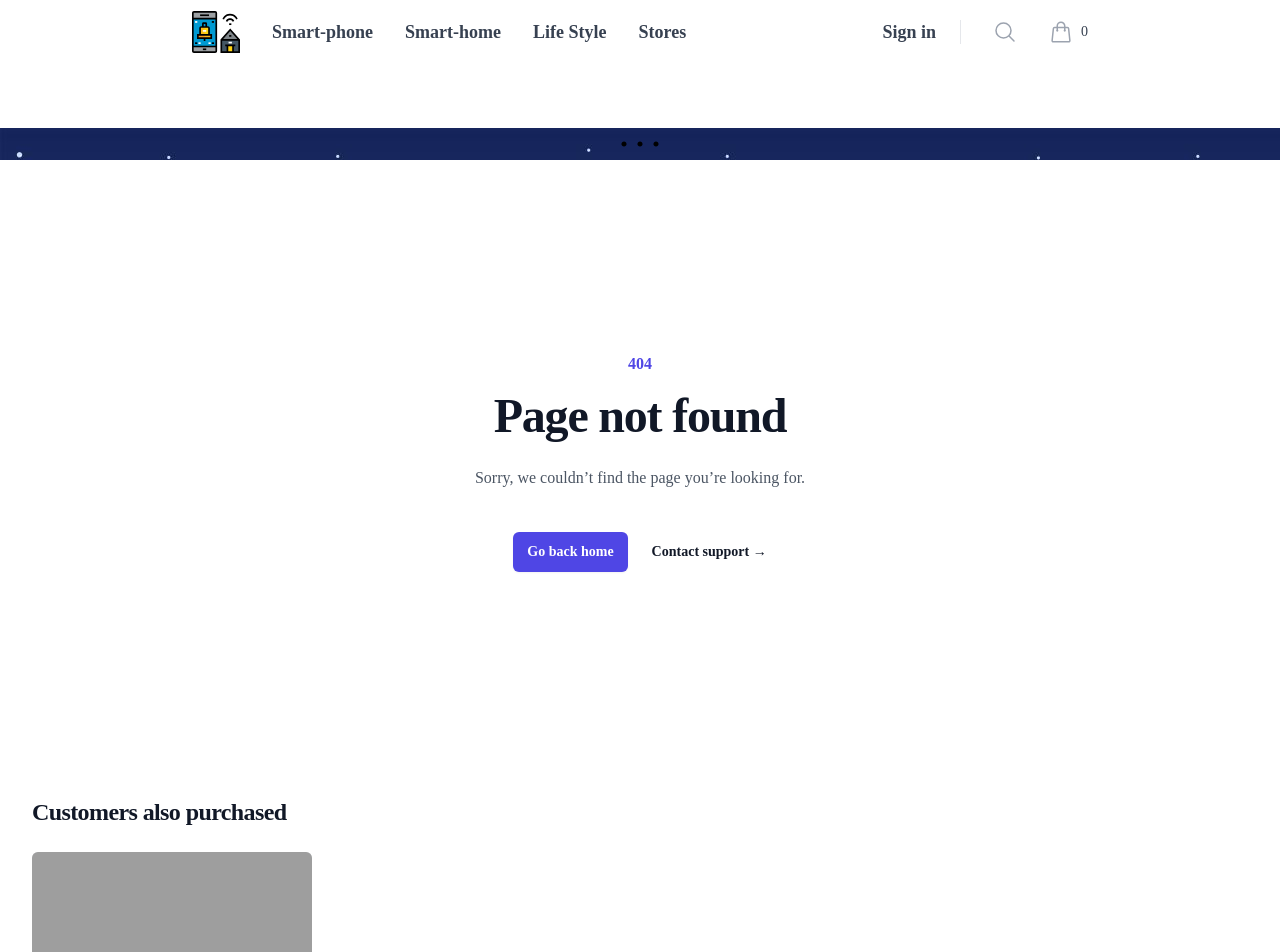
Repository: Gunplay/Smart-Home
Page: /
These files come from the project's save history. The page is drawn as it stood at one moment and after the next save; the edit follows.
The browser window is 1280 px wide. The pictures show the part of the page from y = 0 to 952 px (the page is 1944 px tall).
Pictures or frames that could not be fetched are drawn as grey boxes. The project was rebuilt for these pictures with package versions that can differ from the ones it lists, and the page was loaded fresh each time. Also part of the build but not shown: vite.config.js, vite.config.ts.

Above is the page before, as saved 2024-06-25 13:03:51.

After the next save:
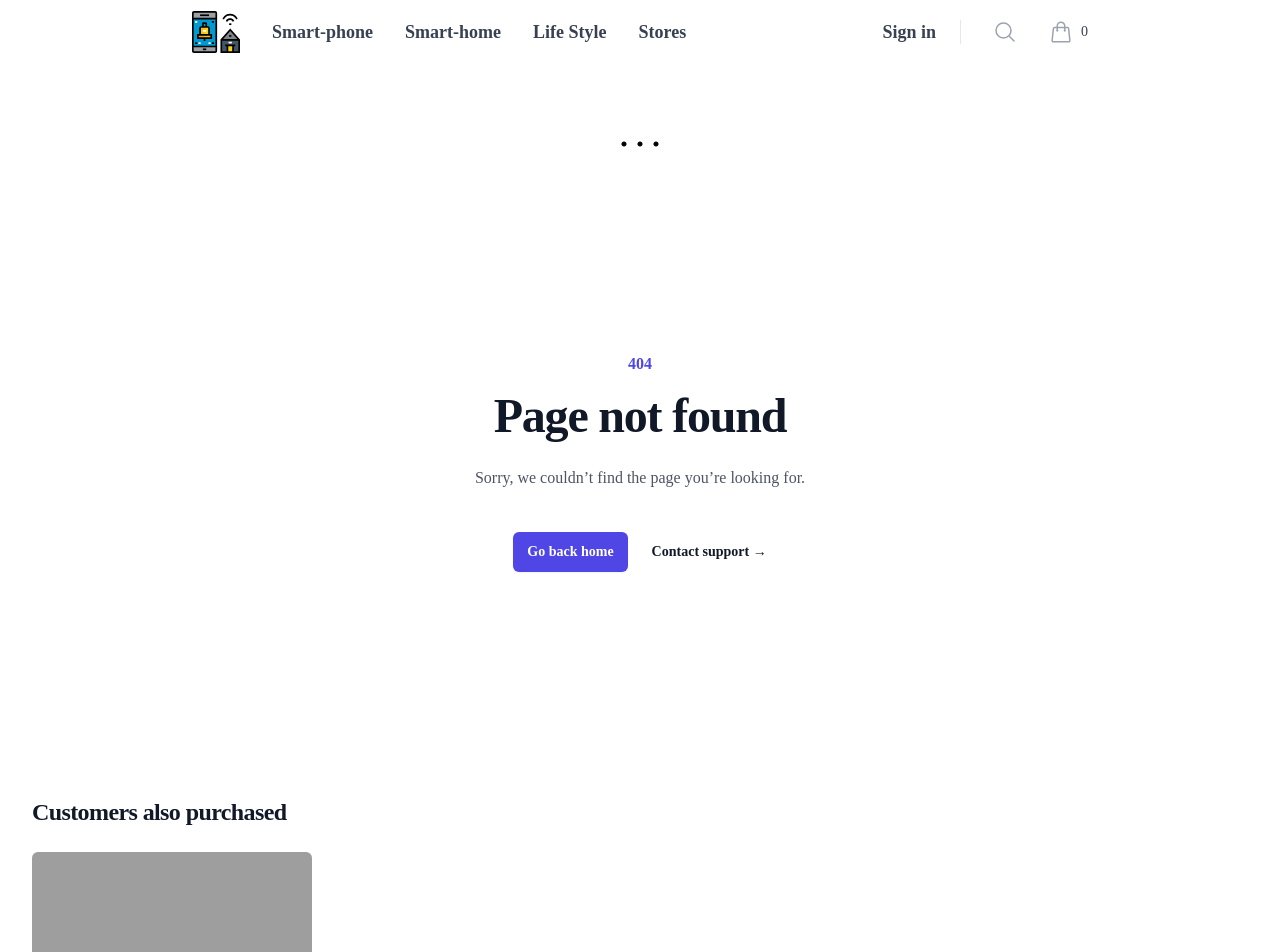
Saved 17 s later.
--- a/src/components/Carousel/index.tsx
+++ b/src/components/Carousel/index.tsx
@@ -42,18 +42,17 @@
 			<div
 				style={{ backgroundImage: `url(${slides[currentIndex].url})` }}
 				className='w-full h-full bg-center bg-cover duration-500'
-			>
-				<div className='flex justify-center py-2 bottom-2'>
-					{slides.map((slide, slideIndex) => (
-						<div
-							key={slideIndex}
-							className='text-xl cursor-pointer'
-							onClick={() => goToSlide(slideIndex)}
-						>
-							<RxDotFilled />
-						</div>
-					))}
-				</div>
+			></div>
+			<div className='flex justify-center py-2 bottom-2'>
+				{slides.map((slide, slideIndex) => (
+					<div
+						key={slideIndex}
+						className='text-xl cursor-pointer'
+						onClick={() => goToSlide(slideIndex)}
+					>
+						<RxDotFilled />
+					</div>
+				))}
 			</div>
 			<div className='hidden group-hover:block absolute top-[50%] -translate-x-0 translate-y-[-50%] left-5 text-2xl rounded-full p-2 bg-black/20 text-white cursor-pointer'>
 				<BsChevronCompactLeft size={30} onClick={prevSlide} />

After the save that followed:
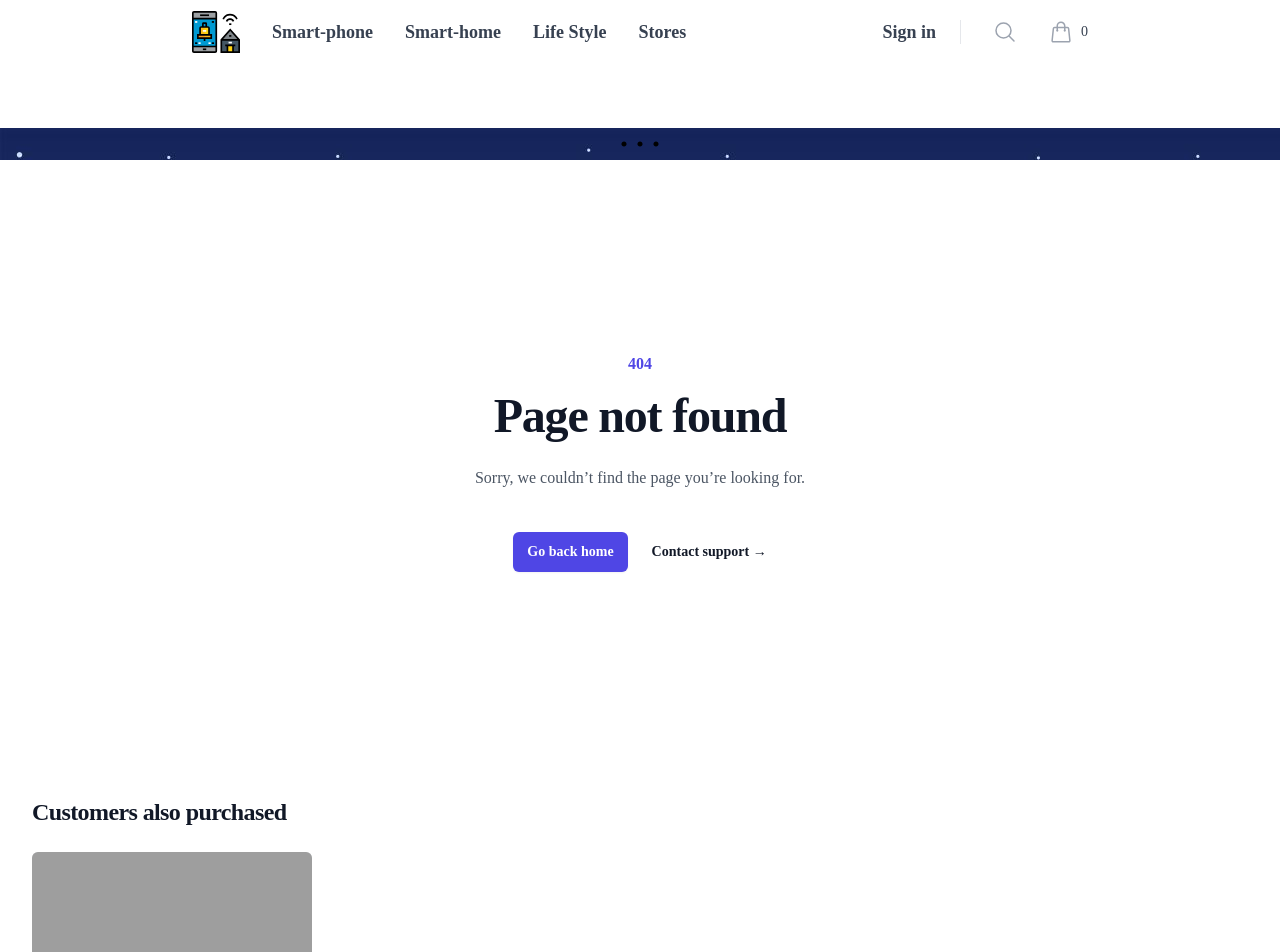
Saved 11 s later.
--- a/src/components/Carousel/index.tsx
+++ b/src/components/Carousel/index.tsx
@@ -42,17 +42,18 @@
 			<div
 				style={{ backgroundImage: `url(${slides[currentIndex].url})` }}
 				className='w-full h-full bg-center bg-cover duration-500'
-			></div>
-			<div className='flex justify-center py-2 bottom-2'>
-				{slides.map((slide, slideIndex) => (
-					<div
-						key={slideIndex}
-						className='text-xl cursor-pointer'
-						onClick={() => goToSlide(slideIndex)}
-					>
-						<RxDotFilled />
-					</div>
-				))}
+			>
+				<div className='flex justify-center py-2 bottom-2'>
+					{slides.map((slide, slideIndex) => (
+						<div
+							key={slideIndex}
+							className='text-xl cursor-pointer'
+							onClick={() => goToSlide(slideIndex)}
+						>
+							<RxDotFilled />
+						</div>
+					))}
+				</div>
 			</div>
 			<div className='hidden group-hover:block absolute top-[50%] -translate-x-0 translate-y-[-50%] left-5 text-2xl rounded-full p-2 bg-black/20 text-white cursor-pointer'>
 				<BsChevronCompactLeft size={30} onClick={prevSlide} />
